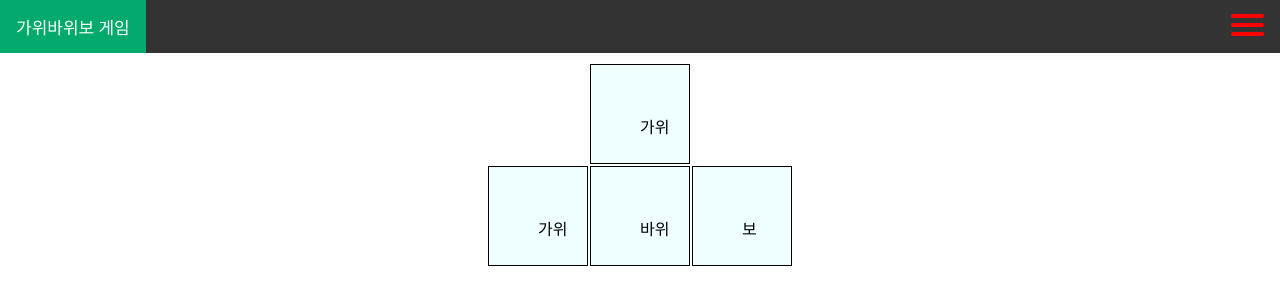
Repository: venandi48/RockScissorPaper-Game
Page: index.html
The author's editor kept a copy of each file at every save. The page is drawn from the files as they stood at one save, then again after the next save.
The browser window is 1280 px wide. The pictures show the whole page.
The style sheet was rebuilt from its Sass, Less or Tailwind sources for each picture, by a compiler version that may differ from the author's.

Above is the page before, as saved 2023-11-13 17:21:24.

### index.html
<!DOCTYPE html>
<html lang="en">
  <head>
    <meta charset="UTF-8" />
    <meta name="viewport" content="width=device-width, initial-scale=1.0" />
    <title>가위바위보</title>
    <link rel="stylesheet" href="style.css" />
  </head>
  <body>
    <div class="topnav">
      <a class="active" href="">가위바위보 게임</a>
      <a href="javascript:void(0)" class="openbtn" onclick="openNav()">
        <span></span>
        <span></span>
        <span></span>
      </a>
    </div>
    <div class="sidenav">
      <a href="javascript:void(0)" class="closebtn" onclick="closeNav()">
        &times;
      </a>
    </div>

    <div class="playbox">
      <div class="machine">
        <div class="choice">
          <input type="hidden" name="machine-choice" />
        </div>
      </div>
      <div class="user">
        <div class="choice scissor"></div>
        <div class="choice rock"></div>
        <div class="choice paper"></div>
      </div>
      <div class="control">
        <input type="button" value="Replay" />
      </div>
    </div>

    <script src="./ui.js"></script>
    <script src="./main.js"></script>
  </body>
</html>

### ui.js
// https://www.w3schools.com/howto/howto_js_sidenav.asp

/* Set the width of the side navigation to 250px */
function openNav() {
  let closeBtn = document.querySelector(".sidenav");

  if (closeBtn.classList.contains("opened") === false)
    closeBtn.classList.add("opened");
}

/* Set the width of the side navigation to 0 */
function closeNav() {
  let closeBtn = document.querySelector(".sidenav");

  if (closeBtn.classList.contains("opened"))
    closeBtn.classList.remove("opened");
}

### main.js
choices = {
  scissor: 0,
  rock: 1,
  paper: 2,
};

let machineChoiceSpeed = 250; // default machine's speed of chainge choice (ms단위).

playboxes = document.querySelectorAll(".playbox");
userChocies = document.querySelectorAll(".user .choice");
controlBtns = document.querySelectorAll(".playbox .control");

playboxes.forEach((playbox) => {
  playbox
    .querySelector(".machine .choice")
    .querySelector("input[type=hidden]").value = Random(0, 2);
});

controlBtns.forEach((controlBtn) => {
  replayBtn = controlBtn.querySelector("input[type=button][value=Replay]");
  replayBtn?.addEventListener("click", (e) => {
    replay(controlBtn.parentElement);
  });
});

window.addEventListener("load", function () {
  this.setInterval(() => {
    playboxes.forEach((playbox) => {
      let machineChoice = playbox.querySelector(".machine .choice");

      if (machineChoice.classList.contains("selected") === true) return;

      if (machineChoice.classList.contains("rock")) {
        machineChoice.classList.remove("rock");
      }
      if (machineChoice.classList.contains("scissor")) {
        machineChoice.classList.remove("scissor");
      }
      if (machineChoice.classList.contains("paper")) {
        machineChoice.classList.remove("paper");
      }
      machineChoice.querySelector("input[type=hidden]").value =
        (machineChoice.querySelector("input[type=hidden]").value + 1) % 3;
      machineChoice.classList.add(
        convertChoicesFromNumToStr(
          +machineChoice.querySelector("input[type=hidden]").value
        )
      );
    });
  }, machineChoiceSpeed);
});

userChocies.forEach((element) => {
  element.addEventListener("click", function (e) {
    const selectedElement = e.target;
    let choosed = null;

    if (selectedElement.parentElement.classList.contains("selected")) return;

    selectedElement.parentElement.classList.add("selected");

    // 제일 첫번째로 나온 값을 사용자의 선택으로 간주
    selectedElement.classList.forEach((className) => {
      if (className === "rock") {
        choosed = "rock";
        return;
      } else if (className === "scissor") {
        choosed = "scissor";
        return;
      } else if (className === "paper") {
        choosed = "paper";
        return;
      }
    });

    if (choosed) {
      let sameAreaMachine =
        element.parentElement.parentElement?.querySelector(".machine .choice");

      if (sameAreaMachine) {
        gameResultCssEventer(
          selectedElement,
          sameAreaMachine,
          refree(
            +sameAreaMachine.querySelector("input[type=hidden]").value,
            choices[choosed]
          )
        );
      }
    }
  });
});

/// _________________________________________________________________
//                          Play Tools
/// _________________________________________________________________

function Random(min, max) {
  return Math.floor(Math.random() * (max - min) + min);
}

function convertChoicesFromNumToStr(choice) {
  switch (choice) {
    case choices.rock:
      return "rock";
    case choices.scissor:
      return "scissor";
    case choices.paper:
      return "paper";

    default:
      return "";
  }
}

function addHistory(playbox) {
  let node = playbox.cloneNode(true);
  let controlBtns = node.querySelector(".control");

  node.classList.add("done");
  node.removeChild(controlBtns);
  node.innerHTML += `<div class="log"><div class="played-time">${new Date().toLocaleString()}</div></div>`;

  document.querySelector(".sidenav").append(node);
}

function replay(playbox) {
  let machine = playbox.querySelector(".machine .choice");

  addHistory(playbox);

  if (machine.classList.contains("selected"))
    machine.classList.remove("selected");
  resetResultChoiceBoxOfCss(machine);

  let userChoices = playbox.querySelector(".user");

  if (userChoices.classList.contains("selected"))
    userChoices.classList.remove("selected");

  userChoices.querySelectorAll(".choice").forEach((choiceElement) => {
    resetResultChoiceBoxOfCss(choiceElement);
  });
}

/*
 * @machine: 컴퓨터가 선택한 숫자값
 * @user: 사용자가 선택한 숫자값
 * @return: 0=>비김, 1=> 이김, 2=>짐
 */
function refree(machine, user) {
  return Math.abs(machine - user);
}

function resetResultChoiceBoxOfCss(element) {
  if (element.classList.contains("game-result-win"))
    element.classList.remove("game-result-win");
  if (element.classList.contains("game-result-draw"))
    element.classList.remove("game-result-draw");
  if (element.classList.contains("game-result-lose"))
    element.classList.remove("game-result-lose");

  return element;
}

function gameResultCssEventer(userElement, machineElement, result) {
  userElement.parentElement.querySelectorAll(".choice").forEach((node) => {
    resetResultChoiceBoxOfCss(node);
  });
  resetResultChoiceBoxOfCss(userElement);
  resetResultChoiceBoxOfCss(machineElement);
  machineElement.classList.add("selected");

  switch (result) {
    case 0:
      userElement.classList.add("game-result-draw");
      machineElement.classList.add("game-result-draw");
      break;
    case 1:
      userElement.classList.add("game-result-win");
      machineElement.classList.add("game-result-lose");
      break;
    case 2:
      userElement.classList.add("game-result-lose");
      machineElement.classList.add("game-result-win");
      break;
  }
}

### style.scss
* {
  position: relative;
  padding: 0;
  margin: 0;
  display: flexbox;
}

*,
::before,
::after {
  box-sizing: border-box;
}

/* Add a black background color to the top navigation */
.topnav {
  background-color: #333;
  overflow: hidden;

  /* Style the links inside the navigation bar */
  a {
    float: left;
    color: #f2f2f2;
    text-align: center;
    padding: 14px 16px;
    text-decoration: none;
    font-size: 17px;
  }

  /* Change the color of links on hover */
  a:hover {
    background-color: #ddd;
    color: black;
  }

  /* Add a color to the active/current link */
  a.active {
    background-color: #04aa6d;
    color: white;
  }

  .openbtn {
    position: absolute;
    top: 0px;
    right: 0px;
    font-size: 36px;
    margin-left: 50px;
    vertical-align: middle;

    & span {
      display: block;
      width: 33px;
      height: 4px;
      margin-bottom: 5px;

      //   background: #cdcdcd;
      background: red;
      border-radius: 3px;

      z-index: 1;

      transform-origin: 4px 0px;

      transition: transform 0.5s cubic-bezier(0.77, 0.2, 0.05, 1),
        background 0.5s cubic-bezier(0.77, 0.2, 0.05, 1), opacity 0.55s ease;

      &:first-child {
        transform-origin: 0% 0%;
      }
      &:nth-last-child(2) {
        transform-origin: 0% 100%;
      }
    }
  }
}

/* The side navigation menu */
.sidenav {
  height: 100%; /* 100% Full-height */
  width: 0; /* 0 width - change this with JavaScript */
  position: fixed; /* Stay in place */
  z-index: 1; /* Stay on top */
  top: 0; /* Stay at the top */
  left: 0;
  background-color: #111; /* Black*/
  overflow-x: hidden; /* Disable horizontal scroll */
  padding-top: 60px; /* Place content 60px from the top */
  transition: 0.5s; /* 0.5 second transition effect to slide in the sidenav */

  display: flex;
  justify-content: center;

  &.opened {
    width: 100%;
  }

  .closebtn {
    position: absolute;
    top: 0;
    right: 25px;
    font-size: 36px;
    margin-left: 50px;
  }
}

.playbox {
  display: flex;
  flex-direction: column;
  justify-content: center;
  align-items: center;
  margin: 10px;

  &.done {
    width: 80%;
    height: 400px;
    background-color: aqua;
  }
}

.log {
  margin: 5px;
  .played-time::before {
    content: "플레이한 시간 : ";
    font-weight: 800;
  }
}

.choice {
  width: 100px;
  height: 100px;
  border: 1px solid #000;
  margin: 1px;
  background-color: azure;

  &::before {
    position: absolute;
    top: 50%;
    left: 50%;
    content: "물음표";
    animation: gelatine 0.5s infinite;
  }

  &.rock::before {
    content: "바위";
    animation-delay: 0.5s;
  }

  &.scissor::before {
    content: "가위";
    animation-delay: 1s;
  }

  &.paper::before {
    content: "보";
    // animation: bounce2 2s ease infinite;
  }
}

.game-result {
  &-win {
    background-color: green;
  }
  &-draw {
    background-color: blue;
  }
  &-lose {
    background-color: red;
  }
}

.user {
  display: flex;

  &.selected .choice {
    cursor: default;

    animation: noAnimate 0.5s infinite;
    transition: none !important;
  }

  & .choice {
    cursor: pointer;

    &:hover {
      background-color: aqua;
    }
  }
}

.control {
  display: flex;

  & input[type="button"] {
    width: 100px;
    height: 25px;
    margin: 5px;

    &[value="Replay"] {
      display: none;
    }
  }
}
.user.selected ~ .control input[type="button"][value="Replay"] {
  display: initial;
}

/*
* ============================= animate resources =============================
*/
@keyframes gelatine {
  from,
  to {
    transform: scale(1, 1);
  }
  25% {
    transform: scale(0.9, 1.1);
  }
  50% {
    transform: scale(1.1, 0.9);
  }
  75% {
    transform: scale(0.95, 1.05);
  }
}

After the next save:
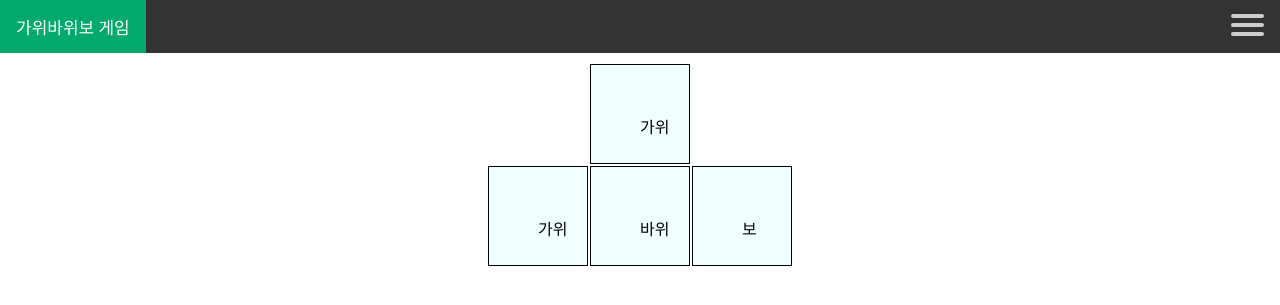
Saved 65 s later.
--- a/style.scss
+++ b/style.scss
@@ -52,8 +52,8 @@
       height: 4px;
       margin-bottom: 5px;
 
-      //   background: #cdcdcd;
-      background: red;
+      background: #cdcdcd;
+
       border-radius: 3px;
 
       z-index: 1;
@@ -68,6 +68,10 @@
       }
       &:nth-last-child(2) {
         transform-origin: 0% 100%;
+      }
+
+      &:hover {
+        background: #333;
       }
     }
   }
